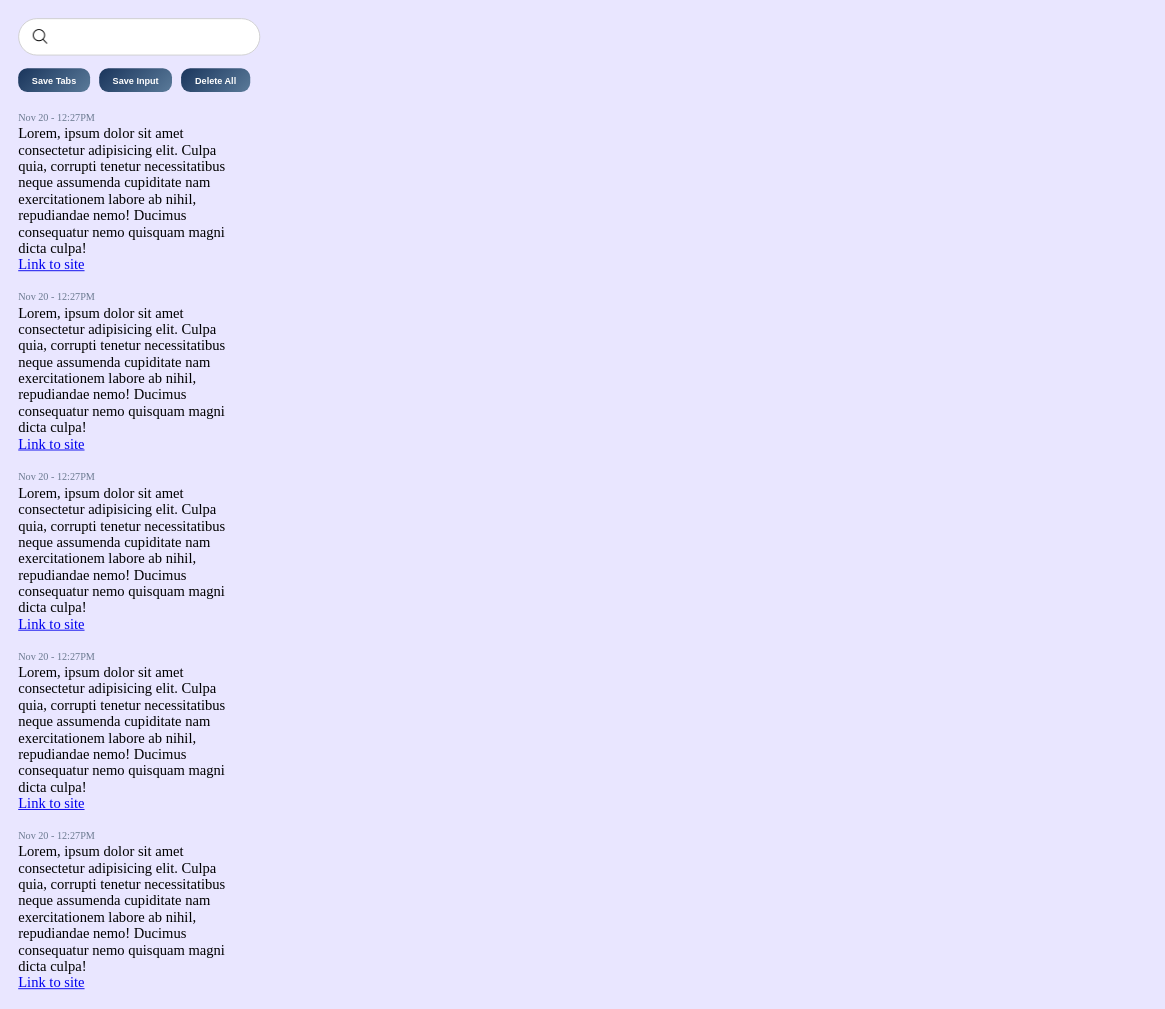
Repository: IdowuMicheal-1/Text-Tab-Organizer
Page: popup.html
An editor plug-in stored every save of this project. The page is shown before and after the next save, followed by the edit.
The browser window is 1280 px wide. The pictures show the whole page, at 91% of full size.

Above is the page before, as saved 2025-05-14 13:56:13.

After the next save:
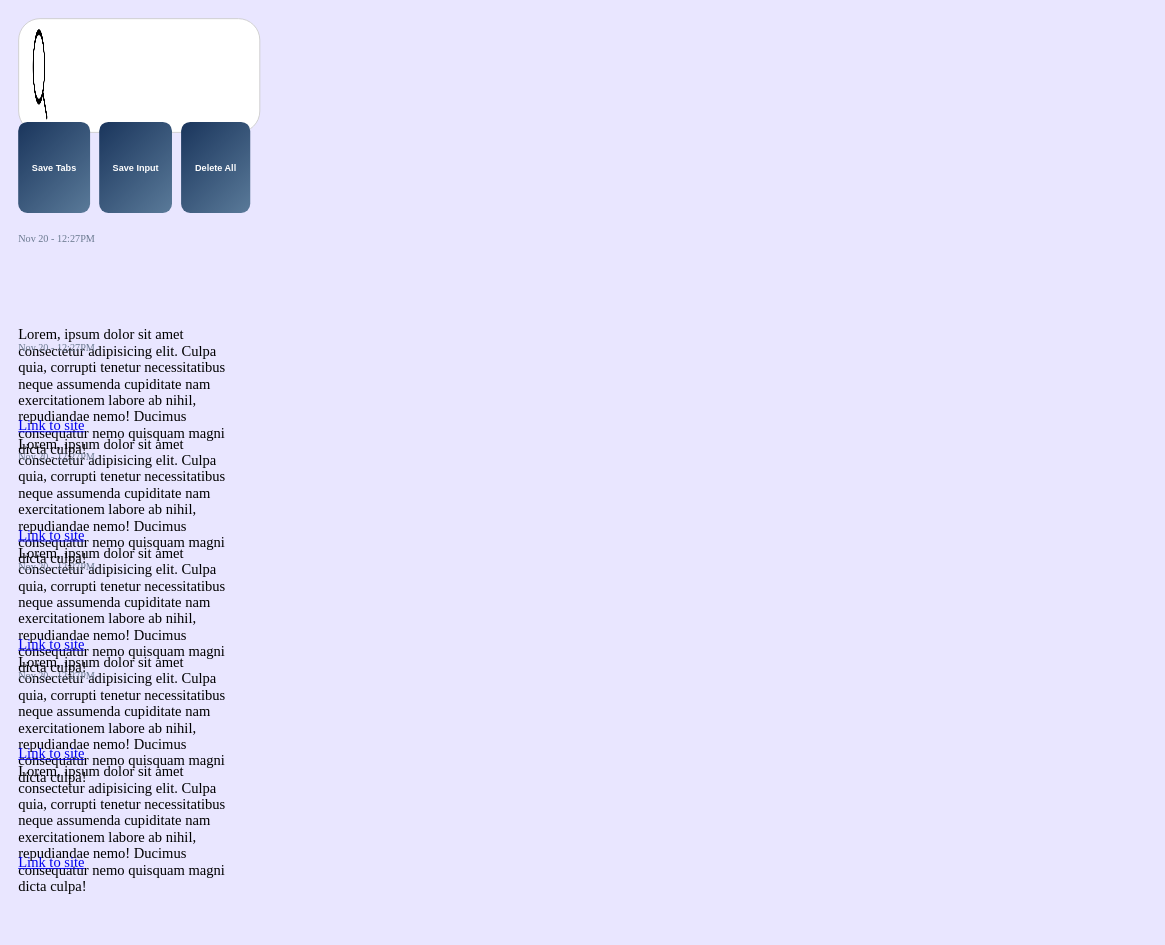
Saved 14 s later.
--- a/popup.css
+++ b/popup.css
@@ -5,7 +5,7 @@
   padding: 0;
 }
 
-html {
+* {
   height: 100px;
   min-height: 100px;
 }

After the save that followed:
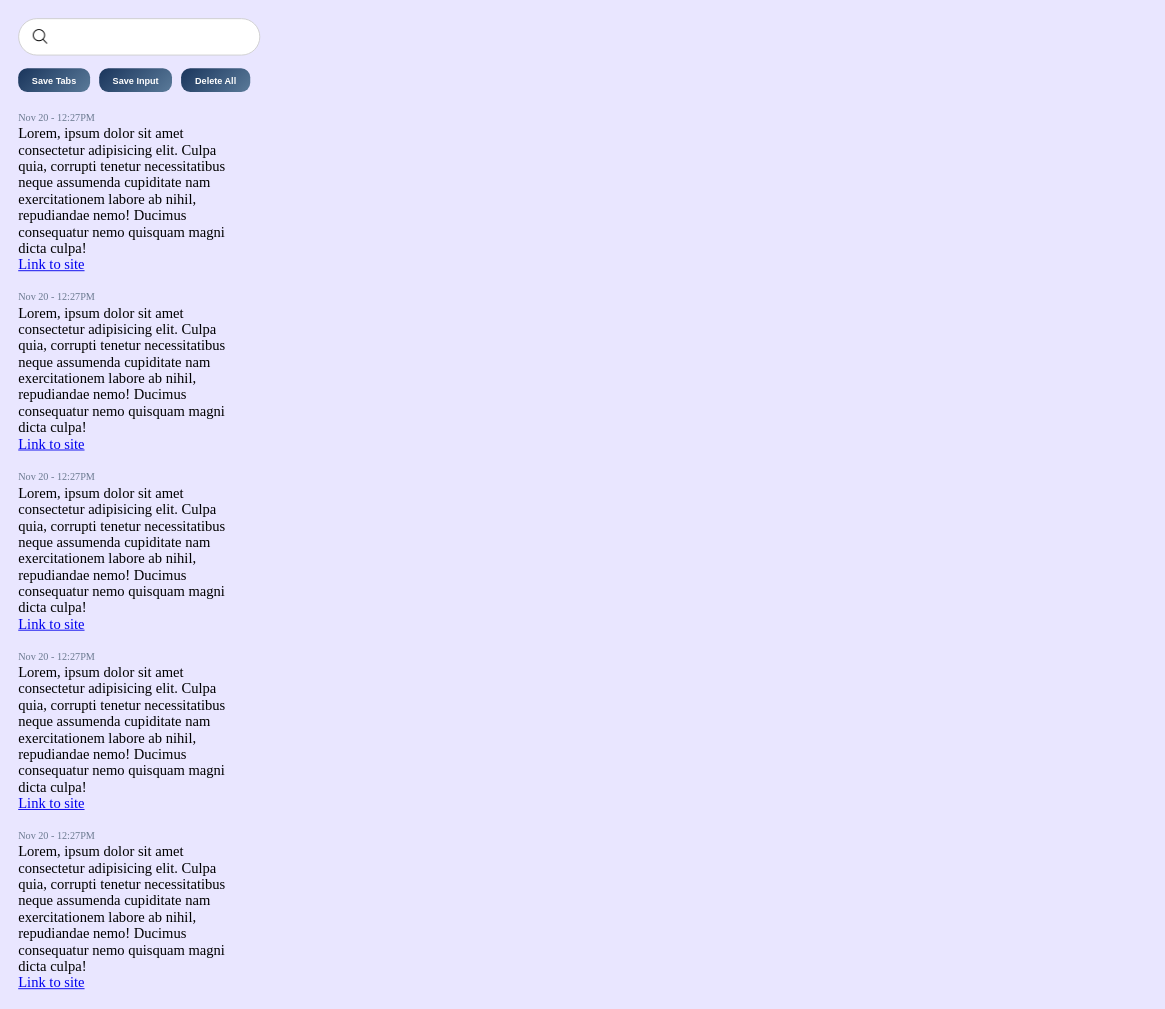
Saved 11 s later.
--- a/popup.css
+++ b/popup.css
@@ -5,7 +5,7 @@
   padding: 0;
 }
 
-* {
+html {
   height: 100px;
   min-height: 100px;
 }
